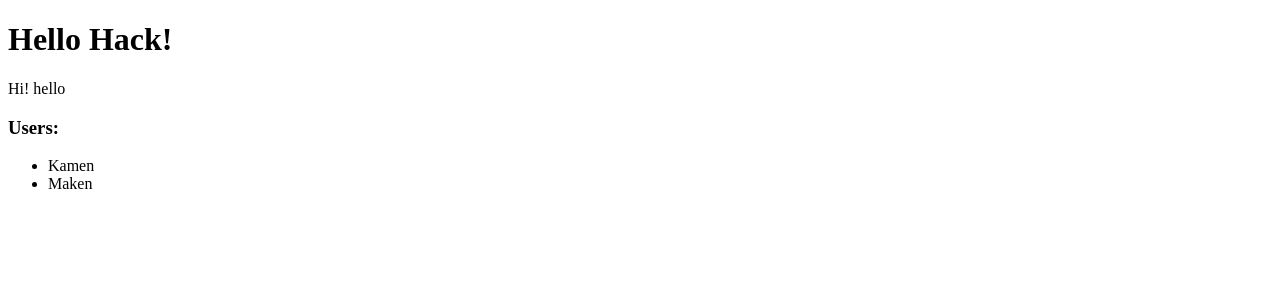
Repository: borisaltanov/HackBulgaria-Java-101
Page: http://localhost/TodooList/Index
An editor plug-in stored every save of this project. The page is shown before and after a run of saves, followed by the edit.
The browser window is 1280 px wide. The pictures show the whole page.
The page is served by Tomcat 9. Other server files are loaded and not shown.

Above is the page before, as saved 2017-02-17 17:43:09.

### java-ee/TodooList/WebContent/index.jsp
<%@ page language="java" contentType="text/html; charset=UTF-8"
	pageEncoding="UTF-8"%>

<%@ page import="java.util.List" %>
<% List eList = (List) session.getAttribute("users"); %>

<% String hi = "Hi!"; %>
<!DOCTYPE html PUBLIC "-//W3C//DTD HTML 4.01 Transitional//EN" "http://www.w3.org/TR/html4/loose.dtd">
<html>
	<head>
		<meta http-equiv="Content-Type" content="text/html; charset=UTF-8">
		<title>${title}</title>
	</head>
	<body>
		<h1>Hello Hack!</h1>
		<%=hi %>
		${message}

		<h3>Users: </h3>

		<ul>
		<% for (int i = 0; i < eList.size(); i++) { %>
			<li> <%=eList.get(i) %> </li>
		<% } %>

		</ul>
<%-- 		${users.get(0)}
		${users.get(1)} --%>
	</body>
</html>

### java-ee/TodooList/src/com/hackbulgaria/Index.java
package com.hackbulgaria;

import java.io.IOException;
import java.util.LinkedList;

import javax.servlet.RequestDispatcher;
import javax.servlet.ServletException;
import javax.servlet.annotation.WebServlet;
import javax.servlet.http.HttpServlet;
import javax.servlet.http.HttpServletRequest;
import javax.servlet.http.HttpServletResponse;

/**
 * Servlet implementation class Index
 */
@WebServlet("/Index")
public class Index extends HttpServlet {
	private static final long serialVersionUID = 1L;


	protected void doGet(HttpServletRequest request, HttpServletResponse response) throws ServletException, IOException {
/*		LinkedList<String> users = new LinkedList<>();

		users.add("Kamen");
		users.add("Maken");


		String usersString = "<ul>";
		for (String u : users) {
			usersString += "<li>" + u + "</li>";
		}
		usersString += "</ul>";


		response.
			getWriter()
			.write("<h1>Hello Hack!</h1>" + usersString);*/

		LinkedList<String> users = new LinkedList<>();

		users.add("Kamen");
		users.add("Maken");

		request.getSession().setAttribute("message", "hello");
		request.getSession().setAttribute("title", "ToDo List");
		request.getSession().setAttribute("users",users);

		RequestDispatcher view =
				request.getRequestDispatcher("index.jsp");

		view.forward(request, response);

	}


	protected void doPost(HttpServletRequest request, HttpServletResponse response) throws ServletException, IOException {
	}

}

After the next 2 saves:
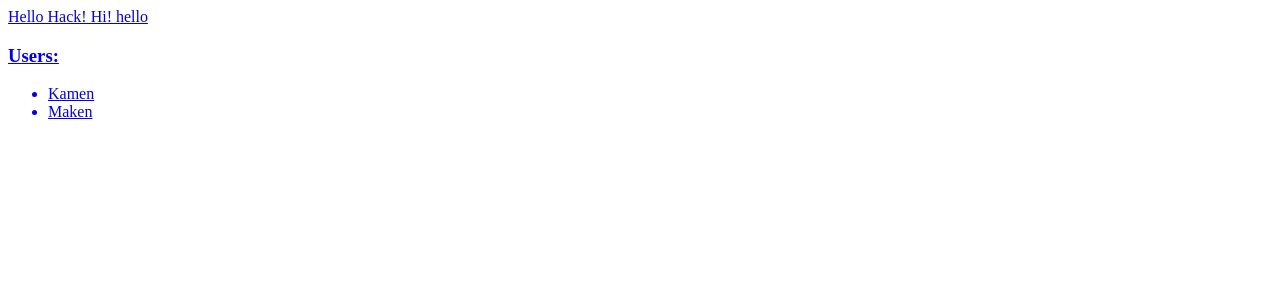
The 2 saves are shown as one change because they came seconds apart.
The last was saved 98 s later.
--- a/java-ee/TodooList/WebContent/index.jsp
+++ b/java-ee/TodooList/WebContent/index.jsp
@@ -12,6 +12,8 @@
 		<title>${title}</title>
 	</head>
 	<body>
+		<a href="TodooList/AboutUs/";
+
 		<h1>Hello Hack!</h1>
 		<%=hi %>
 		${message}
